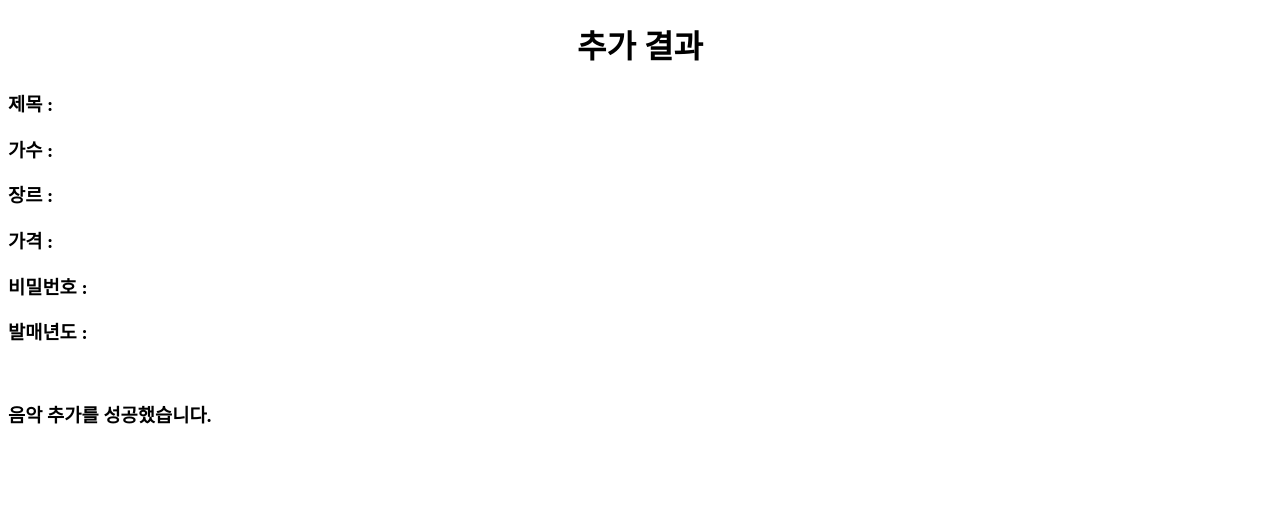
Repository: gimyoni/Music
Page: http://localhost/Music/WEB-INF/views/add_result.jsp
An editor plug-in stored every save of this project. The page is shown before and after the next save, followed by the edit.
The browser window is 1280 px wide. The pictures show the whole page.
The page is served by Tomcat 9. Nobody is signed in. The template is opened directly, without the code that normally fills it, so the values that code supplies are empty.

Above is the page before, as saved 2021-07-15 03:47:22.

After the next save:
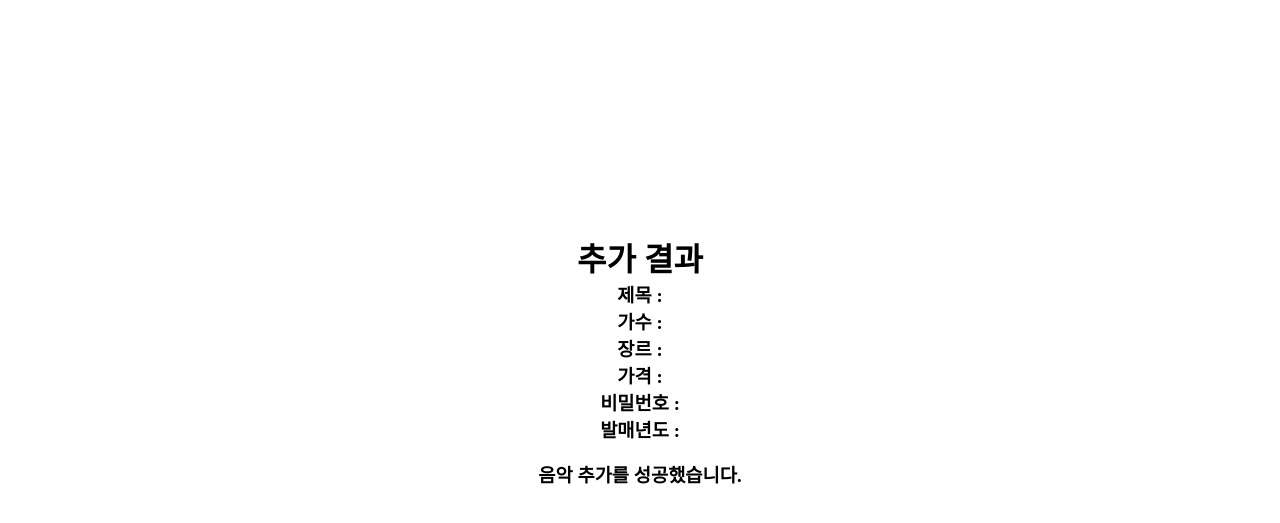
Saved 10 s later.
--- a/Music/src/main/webapp/resources/css/result.css
+++ b/Music/src/main/webapp/resources/css/result.css
@@ -1,5 +1,19 @@
 h1{
 	text-align: center;
+}
+
+*{
+	margin:0;
+	padding:0;
+}
+
+
+body{
+	height: 100vh;
+	display:flex;
+	flex-direction : column;
+	justify-content:center;
+	align-items:center;
 }
 
 div{
